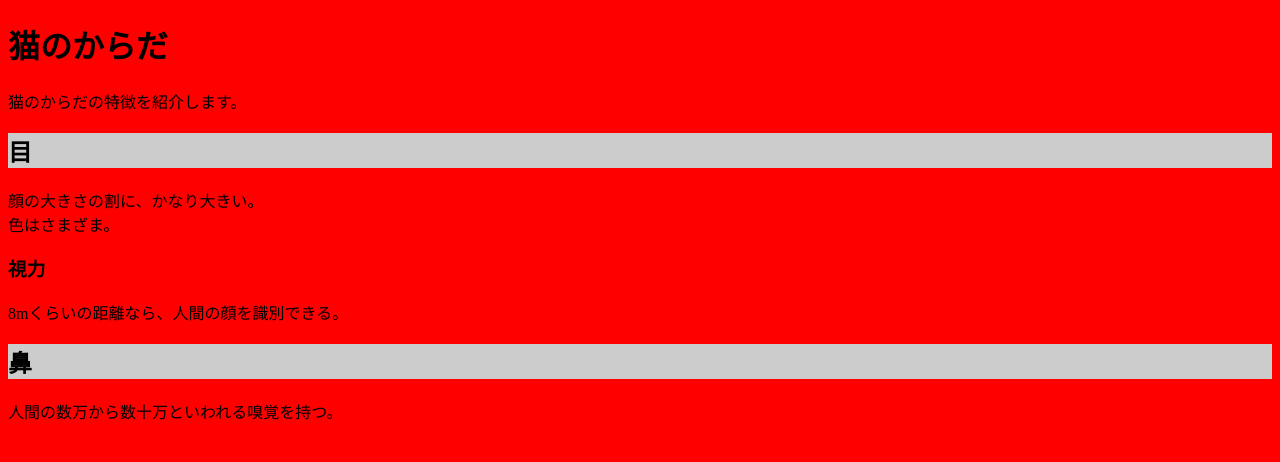
Repository: boo00kazoo/MyBlog
Page: 2-3mondai.html
The author's editor kept a record of every edit. The page is drawn from the files as they stood at one moment, then again after the next edit.
The browser window is 1280 px wide. The pictures show the whole page.

Above is the page before.

### 2-3mondai.html
<!DOCTYPE html>
<html lang="ja">
<head>
<meta charset="utf-8">
<title>猫のからだ</title>
<link href="2-3.css" rel="stylesheet"
</head>
<body>
<h1>猫のからだ</h1>
<p>猫のからだの特徴を紹介します。</p>
<h2>目</h2>
<p>顔の大きさの割に、かなり大きい。<br>
色はさまざま。</p>
<h3>視力</h3>
<p>8mくらいの距離なら、人間の顔を識別できる。</p>
<h2>鼻</h2>
<p>人間の数万から数十万といわれる嗅覚を持つ。</p>
</body>
</html>

### 2-3.css
div{ background-color: #eeeeee;}
h2{ background-color: #cccccc;}
body{
    background-color: #f00;
    background-image: linear-gradient(rgba(0,0,0,0) rgba(0,0,0,75));
}

After the next edit:
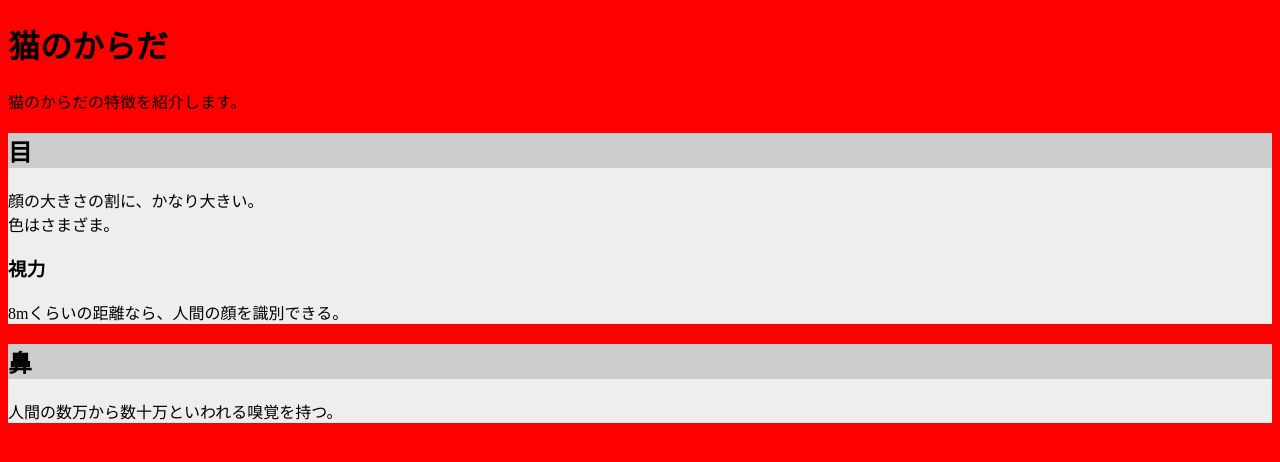
The edit:
--- a/2-3mondai.html
+++ b/2-3mondai.html
@@ -8,11 +8,14 @@
 <body>
 <h1>猫のからだ</h1>
 <p>猫のからだの特徴を紹介します。</p>
-<h2>目</h2>
-<p>顔の大きさの割に、かなり大きい。<br>
-色はさまざま。</p>
-<h3>視力</h3>
-<p>8mくらいの距離なら、人間の顔を識別できる。</p>
+<div>
+ <h2>目</h2>
+ <p>顔の大きさの割に、かなり大きい。<br>
+    色はさまざま。</p>
+ <h3>視力</h3>
+ <p>8mくらいの距離なら、人間の顔を識別できる。</p>
+</div>
+<div>
 <h2>鼻</h2>
 <p>人間の数万から数十万といわれる嗅覚を持つ。</p>
 </body>
